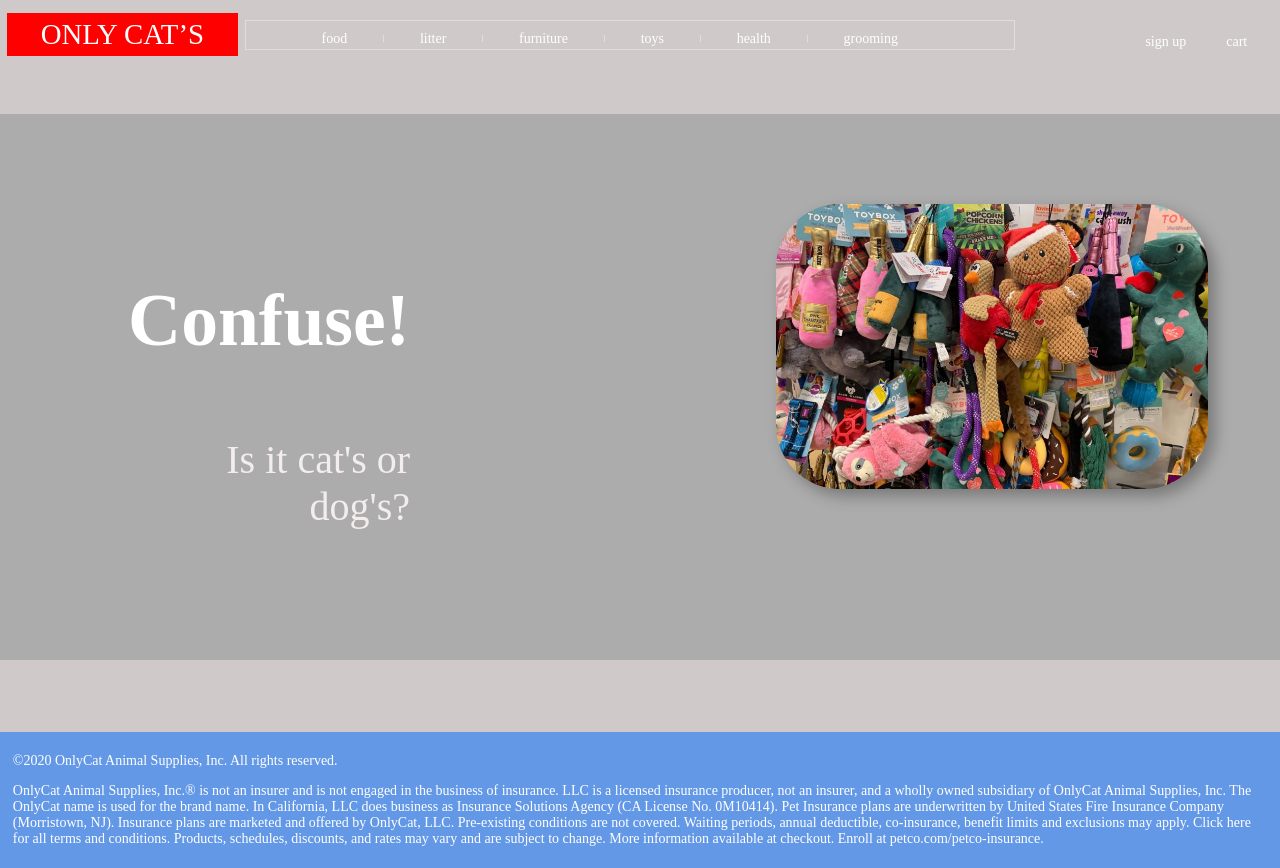
Repository: itson1115/chan_git
Page: cat/index2.html
These files come from the project's save history. The page is drawn as it stood at one moment and after the next save; the edit follows.
The browser window is 1280 px wide. The pictures show the whole page.

Above is the page before, as saved 2021-09-02 04:41:05.

After the next save:
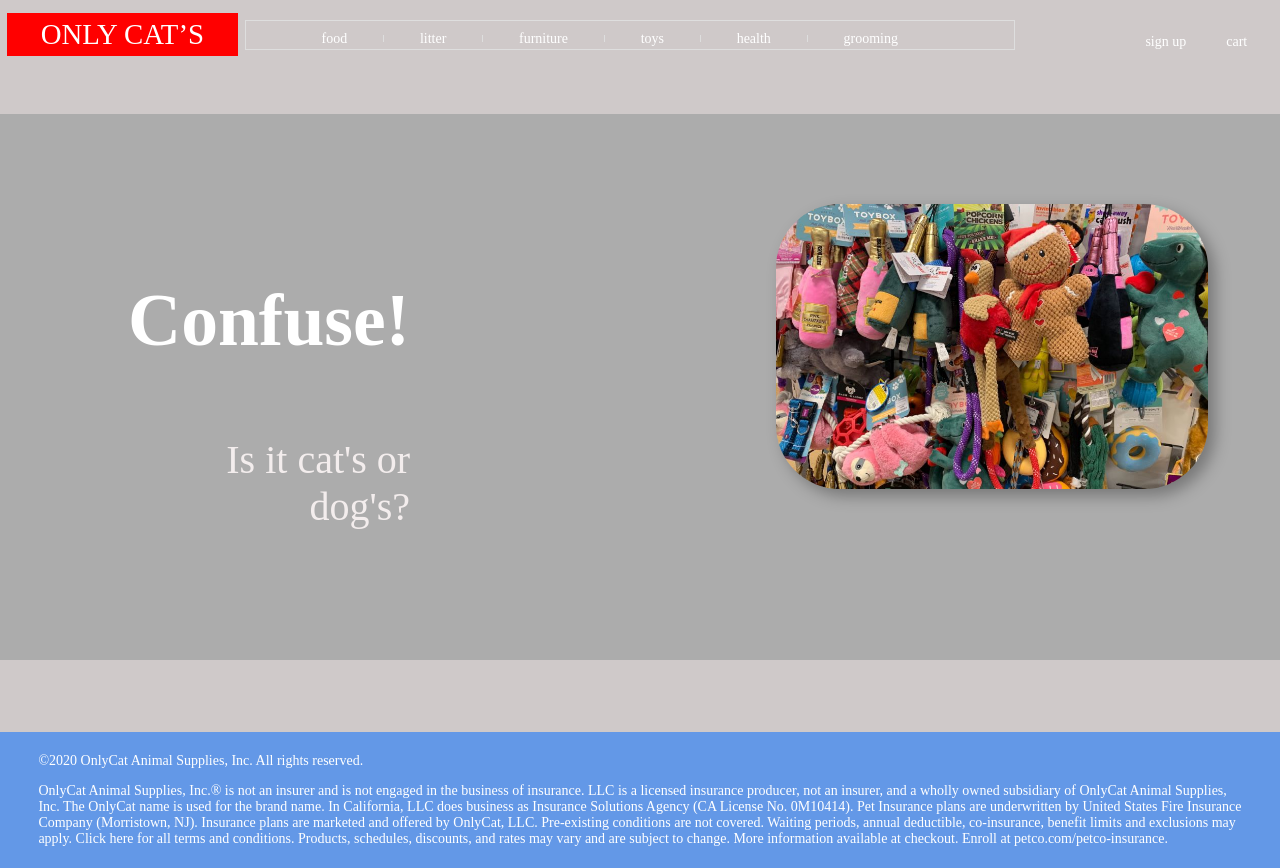
Saved 8 s later.
--- a/cat/css/style2.css
+++ b/cat/css/style2.css
@@ -129,6 +129,6 @@
 
 section.bottom {
   margin-top: 10vmin;
-  padding: 1vmin 1vmax;
+  padding: 1vmin 3vmax;
   background: #6398e7;
 }
